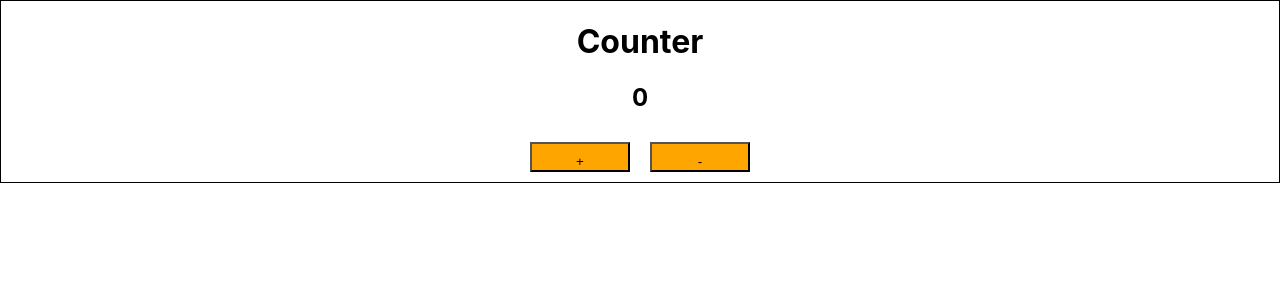
Repository: punitbathija/Placement-Assitance-iNeuron
Page: / (app in React/counterapp/)
These files come from the project's save history. The page is drawn as it stood at one moment and after a run of saves; the edit follows.
The browser window is 1280 px wide. The pictures show the whole page.
The project was rebuilt for these pictures with package versions that can differ from the ones it lists, and the page was loaded fresh each time.

Above is the page before, as saved 2023-06-05 15:30:11.

### React/counterapp/src/App.js
import "./App.css";
import Counter from "./Counter";

function App() {
  return <div className="App">
    <Counter/>
  </div>;
}

export default App;

### React/counterapp/src/Counter.jsx
import React from "react";
import { useState } from "react";

const Counter = () => {
  const [count, setCount] = useState(0);
  const incrementCounter = () => {
    setCount((prev) => prev + 1);
  };

  const decrementCounter = () => {
    if (count > 0) {
      setCount((prev) => prev - 1);
    }
  };
  return (
    <div style={{ border: "1px solid black" }}>
      <h1>Counter</h1>
      <h2>{count}</h2>
      <button
        onClick={incrementCounter}
        style={{
          padding: "10px",
          margin: "10px",
          height: "30px",
          width: "100px",
          background: "orange",
        }}
      >
        +
      </button>
      <button
        onClick={decrementCounter}
        style={{
          padding: "10px",
          margin: "10px",
          height: "30px",
          width: "100px",
          background: "orange",
        }}
      >
        -
      </button>
    </div>
  );
};

export default Counter;

Loaded but not shown: React/counterapp/public/index.html (common file); React/counterapp/src/index.js (common file); React/counterapp/src/index.css (common file); React/counterapp/src/App.css (common file)

After the next 2 saves:
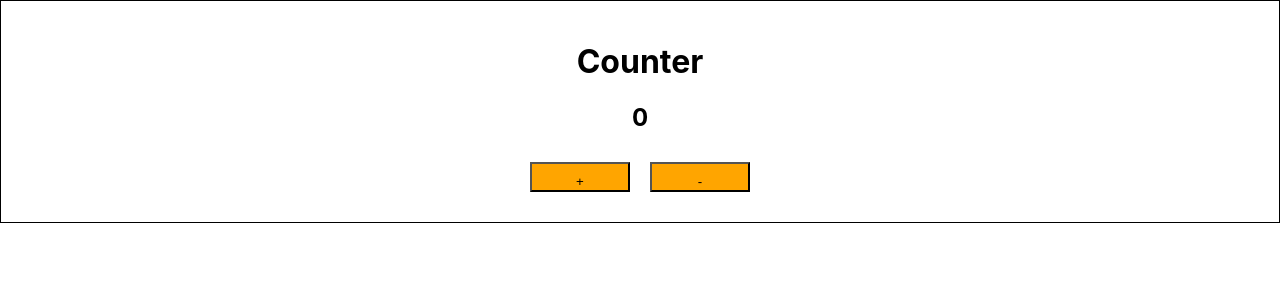
The 2 saves are shown as one change because 1 did not build or start.
The last was saved 19 s later.
--- a/React/counterapp/src/Counter.jsx
+++ b/React/counterapp/src/Counter.jsx
@@ -13,7 +13,7 @@ const Counter = () => {
     }
   };
   return (
-    <div style={{ border: "1px solid black" }}>
+    <div style={{ border: "1px solid black", padding: "20px" }}>
       <h1>Counter</h1>
       <h2>{count}</h2>
       <button
